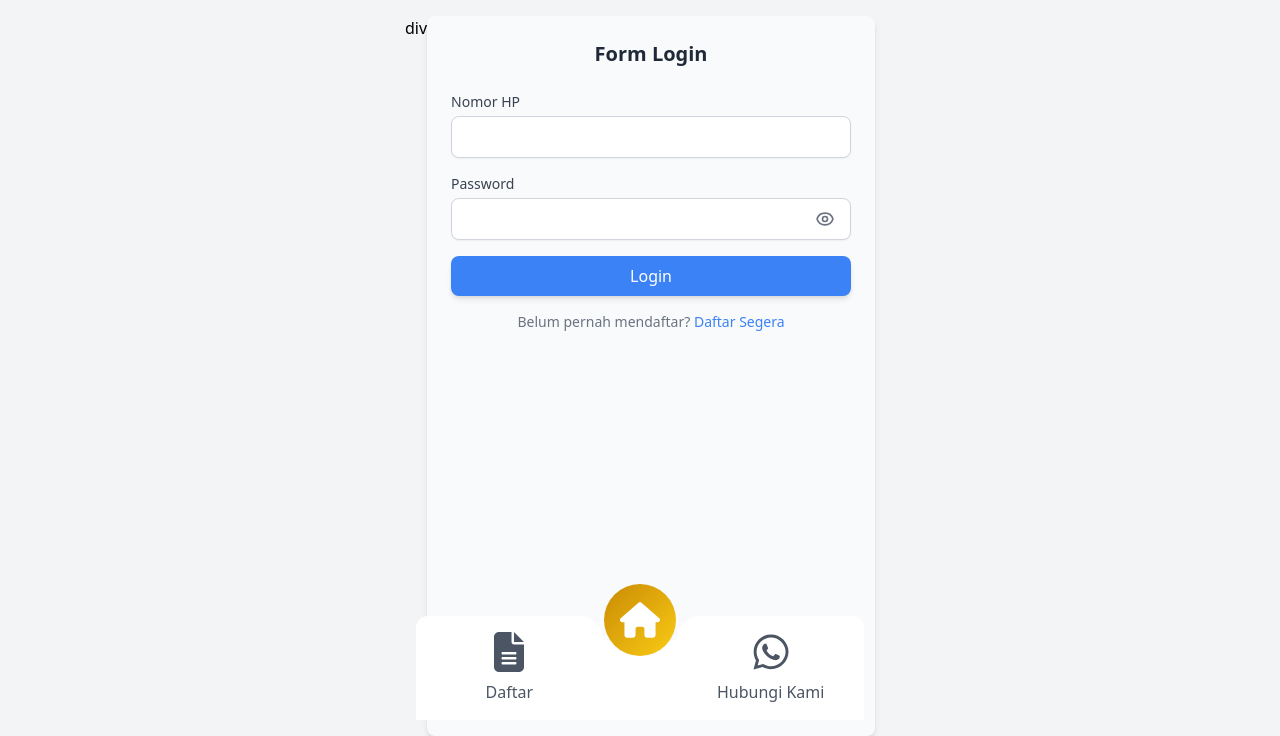
Repository: tsabitgholib/fo_psb
Page: http://localhost/pendaftaran
These files come from the project's save history. The page is drawn as it stood at one moment and after a run of saves; the edit follows.
The browser window is 1280 px wide. The pictures show the whole page.
Some web libraries are served in a nearby version. The page is served by the project's Laravel application, run on PHP 8.4 with Laravel 10.

Above is the page before, as saved 2025-02-01 22:03:03.

After the next 5 saves:
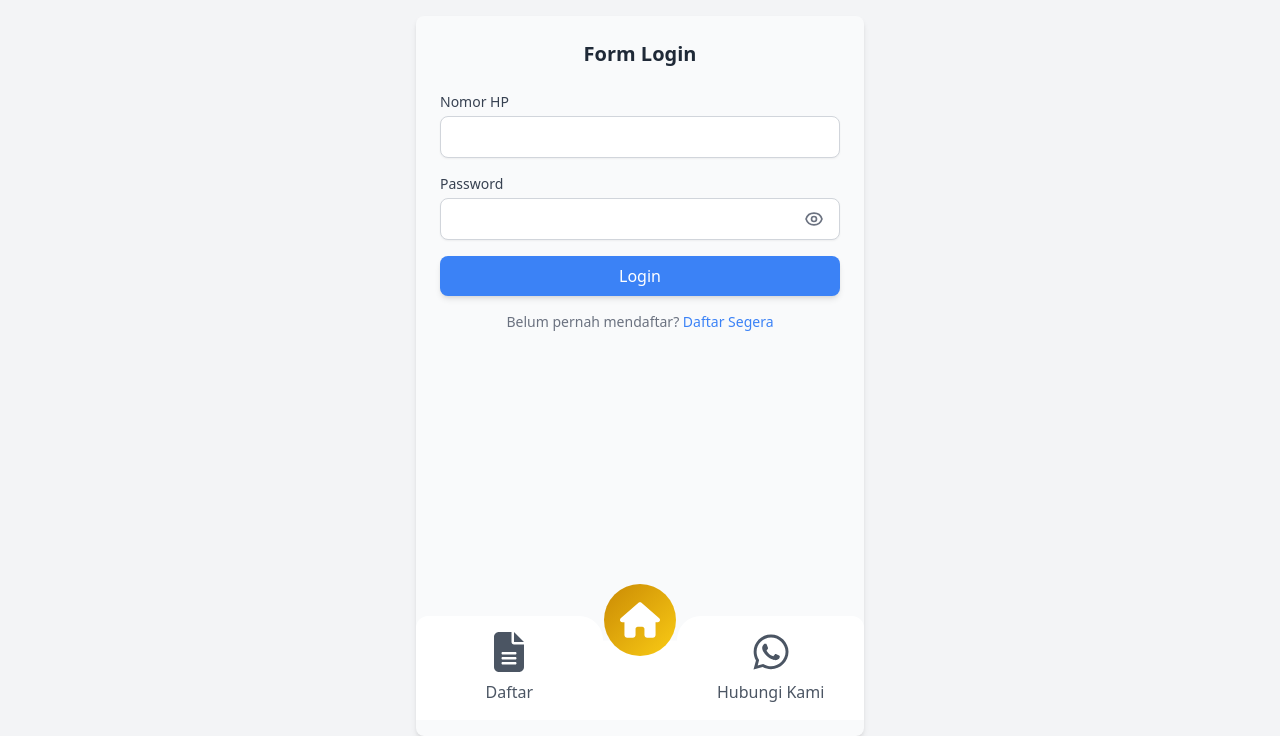
The 5 saves are shown as one change because they came seconds apart.
The last was saved 35 s later.
--- a/resources/views/dashboard.blade.php
+++ b/resources/views/dashboard.blade.php
@@ -10,7 +10,7 @@
 </head>
 
 <body class="bg-gray-100 flex justify-center items-start min-h-screen pt-4">
-div
+<div><div></div></div>
     <div class="w-full sm:max-w-md bg-gray-50 min-h-screen shadow-md rounded-lg p-6 pb-44">
         <!-- Login Section -->
         <div id="login-form">
